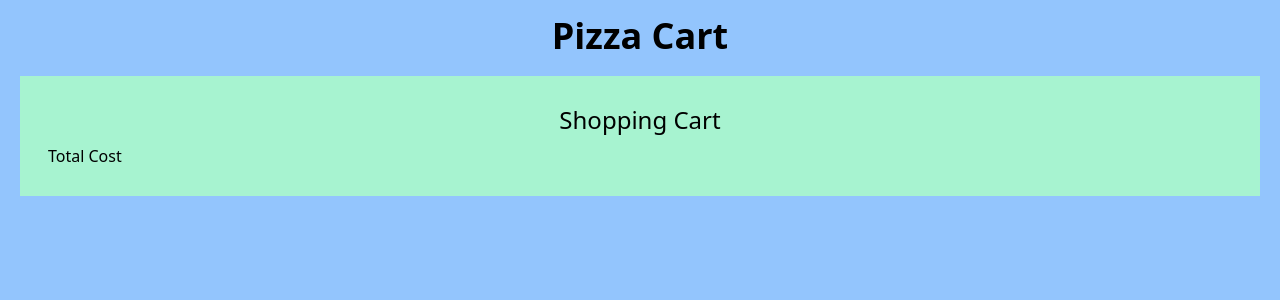
Repository: lasity34/pizza_cart
Page: index.html
The author's editor kept a copy of each file at every save. The page is drawn from the files as they stood at one save, then again after the next save.
The browser window is 1280 px wide. The pictures show the whole page.
Some web libraries are served in a nearby version.

Above is the page before, as saved 2023-07-11 08:25:13.

### index.html
<!DOCTYPE html>
<html lang="en">
<head>
    <meta charset="UTF-8">
    <meta name="viewport" content="width=device-width, initial-scale=1.0">
    <title>Pizza Cart</title>
        <script src="//unpkg.com/alpinejs" defer></script>
     <link href="https://cdn.jsdelivr.net/npm/tailwindcss@2.1.2/dist/tailwind.min.css" rel="stylesheet">
</head>
<body class="bg-blue-300">
    <section class="flex justify-center items-center">
        <h1 class="text-4xl pt-4 font-bold">Pizza Cart</h1>
    </section>
    <section class="bg-green-200 m-5 p-7">
        <h2 class="text-2xl flex justify-center mb-2">Shopping Cart</h2>
        <div class="text-">
            <p>Total Cost</p>
        </div>
    </section>
</body>
</html>

After the next save:
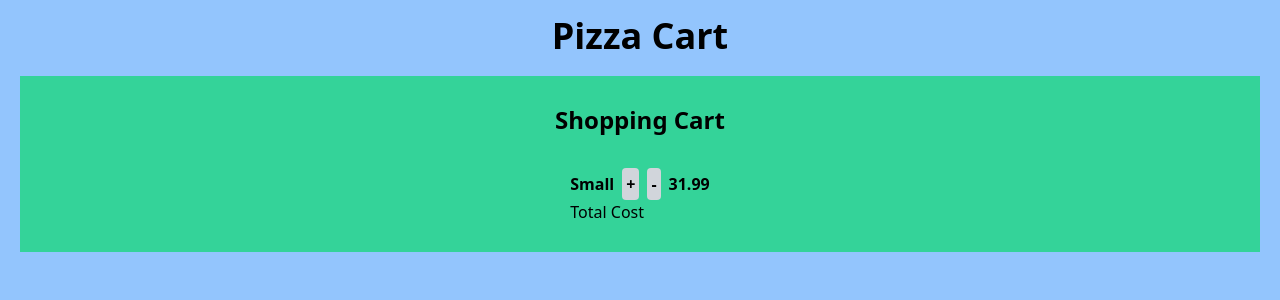
Saved 14 min 12 s later.
--- a/index.html
+++ b/index.html
@@ -11,9 +11,15 @@
     <section class="flex justify-center items-center">
         <h1 class="text-4xl pt-4 font-bold">Pizza Cart</h1>
     </section>
-    <section class="bg-green-200 m-5 p-7">
-        <h2 class="text-2xl flex justify-center mb-2">Shopping Cart</h2>
-        <div class="text-">
+    <section class="bg-green-400 m-5 p-7 flex justify-center items-center flex-col">
+        <h2 class="text-2xl  mb-2 font-bold">Shopping Cart</h2>
+        <div class="mt-6">
+            <div class="flex items-center">
+                <p class="font-bold mr-2">Small</p>
+                <button class="bg-gray-300 hover:bg-gray-400 rounded p-1 mr-2 font-bold">+</button>
+                <button class="bg-gray-300 hover:bg-gray-400 rounded p-1 font-bold">-</button>
+                <p class="font-bold ml-2">31.99</p>
+            </div>
             <p>Total Cost</p>
         </div>
     </section>
